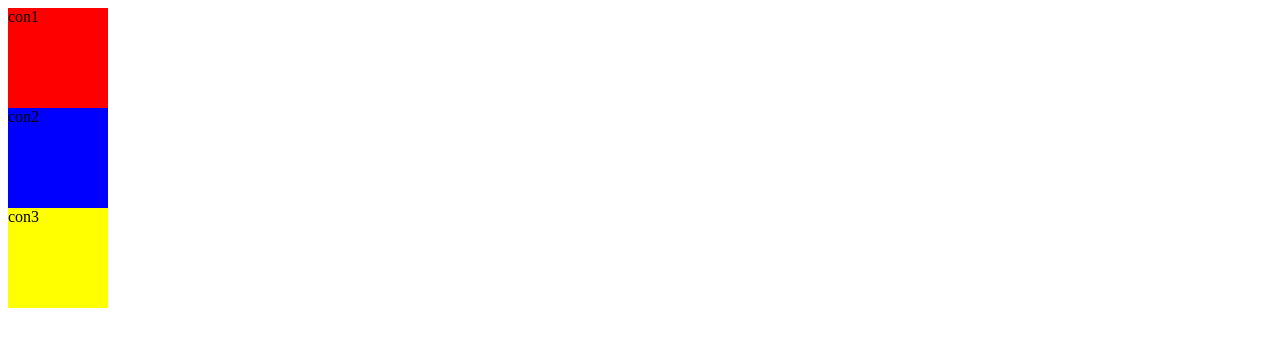
Repository: Harjot00/Wevdev
Page: instagram login page/float.html
An editor plug-in stored every save of this project. The page is shown before and after the next save, followed by the edit.
The browser window is 1280 px wide. The pictures show the whole page.

Above is the page before, as saved 2022-04-03 08:57:25.

### instagram login page/float.html
<!DOCTYPE html>
<html lang="en">
<head>
    <meta charset="UTF-8">
    <meta http-equiv="X-UA-Compatible" content="IE=edge">
    <meta name="viewport" content="width=device-width, initial-scale=1.0">
    <link rel="stylesheet" href="float.css">
    <title>Document</title>
</head>
<body>
   <div class="paren">
        <div class="con1">con1</div>
        <div class="con2">con2</div>
        <div class="con3">con3</div>
   </div>
</body>
</html>

### instagram login page/float.css
.parent{
    position:absolute;
    left:50px;
}
.con1{
    width: 100px;
    height: 100px;
    background-color: red;
    position:relative;

}
.con2{
    width: 100px;
    height: 100px;
    background-color:blue;
}
.con3{
    width: 100px;
    height: 100px;
    background-color:yellow;
}

After the next save:
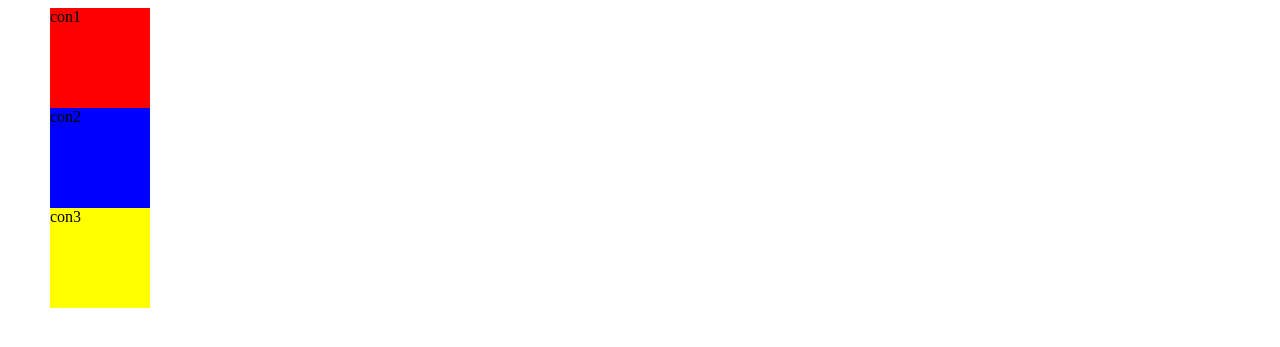
Saved 1 s later.
--- a/instagram login page/float.html
+++ b/instagram login page/float.html
@@ -8,7 +8,7 @@
     <title>Document</title>
 </head>
 <body>
-   <div class="paren">
+   <div class="parent">
         <div class="con1">con1</div>
         <div class="con2">con2</div>
         <div class="con3">con3</div>
